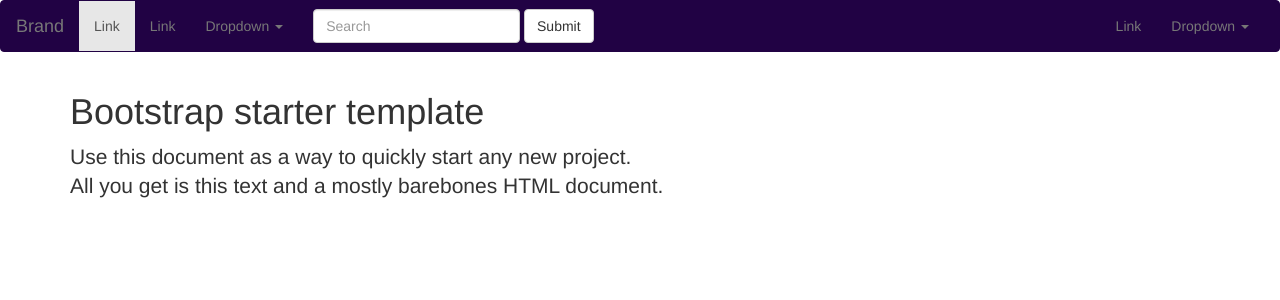
Repository: xyj4421/BG_demo
Page: BG_demo2/WebRoot/index2.html
An editor plug-in stored every save of this project. The page is shown before and after the next save, followed by the edit.
The browser window is 1280 px wide. The pictures show the whole page.

Above is the page before, as saved 2015-10-23 02:49:40.

### BG_demo2/WebRoot/index2.html
<!DOCTYPE html>
<html lang="en">
  <head>
    <meta charset="utf-8">
    <meta http-equiv="X-UA-Compatible" content="IE=edge">
    <meta name="viewport" content="width=device-width, initial-scale=1">
    <!-- The above 3 meta tags *must* come first in the head; any other head content must come *after* these tags -->
    <meta name="description" content="">
    <meta name="author" content="">

    <title>Starter Template for Bootstrap</title>
<link rel="stylesheet" href="bootstrap/css/bootstrap.min.css" type="text/css"></link>

  </head>

  <body>
<nav class="navbar navbar-default">
  <div class="container-fluid">
    <!-- Brand and toggle get grouped for better mobile display -->
    <div class="navbar-header">
      <button type="button" class="navbar-toggle collapsed" data-toggle="collapse" data-target="#bs-example-navbar-collapse-1" aria-expanded="false">
        <span class="sr-only">Toggle navigation</span>
        <span class="icon-bar"></span>
        <span class="icon-bar"></span>
        <span class="icon-bar"></span>
      </button>
      <a class="navbar-brand" href="#">Brand</a>
    </div>

    <!-- Collect the nav links, forms, and other content for toggling -->
    <div class="collapse navbar-collapse" id="bs-example-navbar-collapse-1">
      <ul class="nav navbar-nav">
        <li class="active"><a href="#">Link <span class="sr-only">(current)</span></a></li>
        <li><a href="#">Link</a></li>
        <li class="dropdown">
          <a href="#" class="dropdown-toggle" data-toggle="dropdown" role="button" aria-haspopup="true" aria-expanded="false">Dropdown <span class="caret"></span></a>
          <ul class="dropdown-menu">
            <li><a href="#">Action</a></li>
            <li><a href="#">Another action</a></li>
            <li><a href="#">Something else here</a></li>
            <li role="separator" class="divider"></li>
            <li><a href="#">Separated link</a></li>
            <li role="separator" class="divider"></li>
            <li><a href="#">One more separated link</a></li>
          </ul>
        </li>
      </ul>
      <form class="navbar-form navbar-left" role="search">
        <div class="form-group">
          <input type="text" class="form-control" placeholder="Search">
        </div>
        <button type="submit" class="btn btn-default">Submit</button>
      </form>
      <ul class="nav navbar-nav navbar-right">
        <li><a href="#">Link</a></li>
        <li class="dropdown">
          <a href="#" class="dropdown-toggle" data-toggle="dropdown" role="button" aria-haspopup="true" aria-expanded="false">Dropdown <span class="caret"></span></a>
          <ul class="dropdown-menu">
            <li><a href="#">Action</a></li>
            <li><a href="#">Another action</a></li>
            <li><a href="#">Something else here</a></li>
            <li role="separator" class="divider"></li>
            <li><a href="#">Separated link</a></li>
          </ul>
        </li>
      </ul>
    </div><!-- /.navbar-collapse -->
  </div><!-- /.container-fluid -->
</nav>

    <div class="container">

      <div >
        <h1>Bootstrap starter template</h1>
        <p class="lead">Use this document as a way to quickly start any new project.<br> All you get is this text and a mostly barebones HTML document.</p>
      </div>

    </div><!-- /.container -->


    <!-- Bootstrap core JavaScript
    ================================================== -->
    <!-- Placed at the end of the document so the pages load faster -->
   <script type="text/javascript" src="jquery/jquery-1.11.3.min.js"></script>
   <script type="text/javascript" src="bootstrap/js/bootstrap.min.js"></script>
     </body>
</html>

Loaded but not shown: BG_demo2/WebRoot/bootstrap/css/bootstrap.min.css (library); BG_demo2/WebRoot/jquery/jquery-1.11.3.min.js (library); BG_demo2/WebRoot/bootstrap/js/bootstrap.min.js (library)

After the next save:
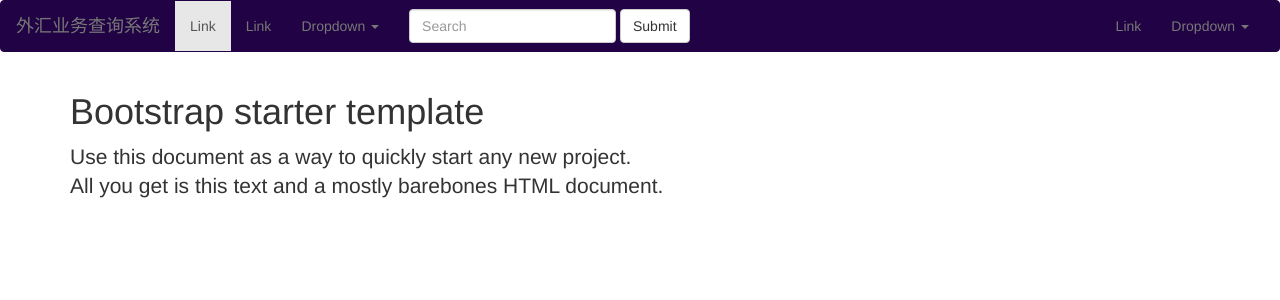
Saved 67 s later.
--- a/BG_demo2/WebRoot/index2.html
+++ b/BG_demo2/WebRoot/index2.html
@@ -24,7 +24,7 @@
         <span class="icon-bar"></span>
         <span class="icon-bar"></span>
       </button>
-      <a class="navbar-brand" href="#">Brand</a>
+      <a class="navbar-brand" href="#">外汇业务查询系统</a>
     </div>
 
     <!-- Collect the nav links, forms, and other content for toggling -->
